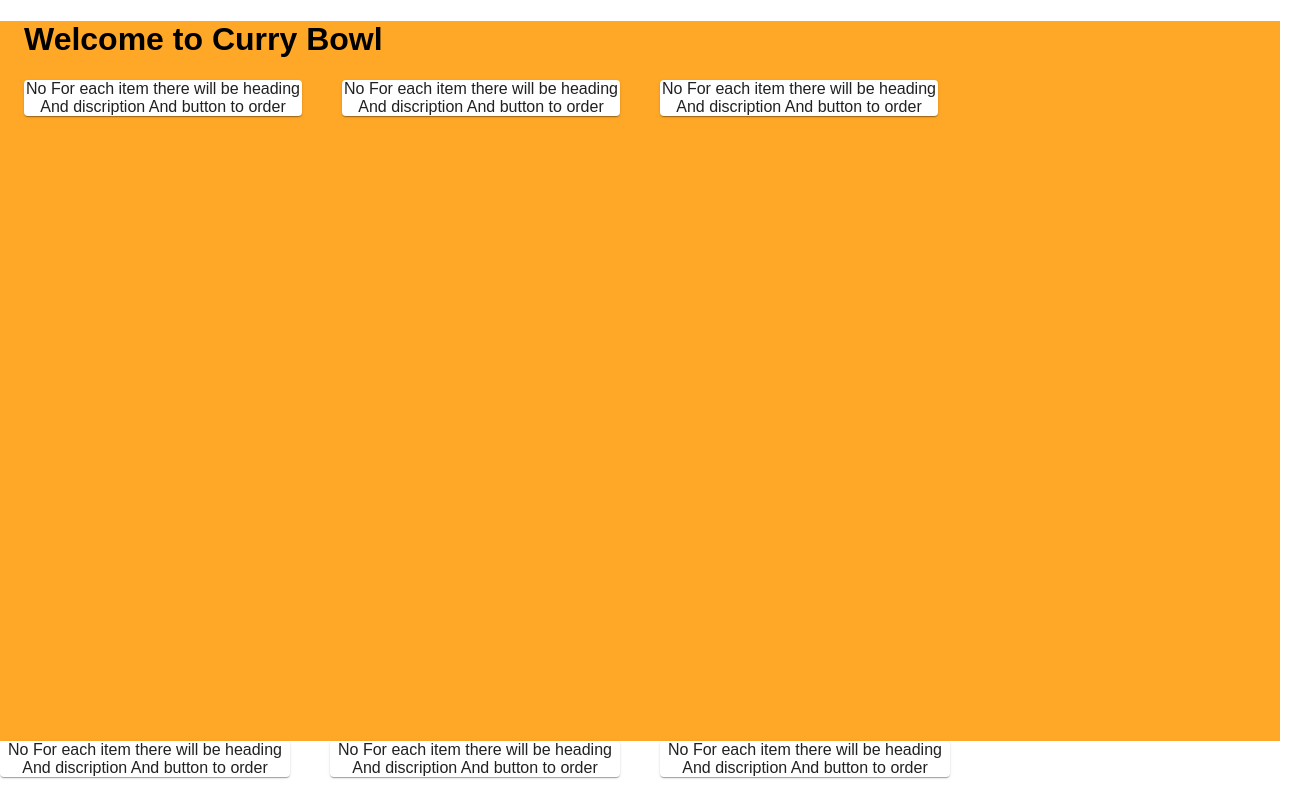
Repository: appikonda/food-order
Page: /
These files come from the project's save history. The page is drawn as it stood at one moment and after the next save; the edit follows.
The browser window is 1280 px wide. The page is 1300 px wide, so the pictures cover 1300 px, including what lies to the right of the window. The pictures show the whole page.
The project was rebuilt for these pictures with package versions that can differ from the ones it lists, and the page was loaded fresh each time. Also part of the build but not shown: webpack.config.js, src/App.css.

Above is the page before, as saved 2019-08-15 17:12:52.

After the next save:
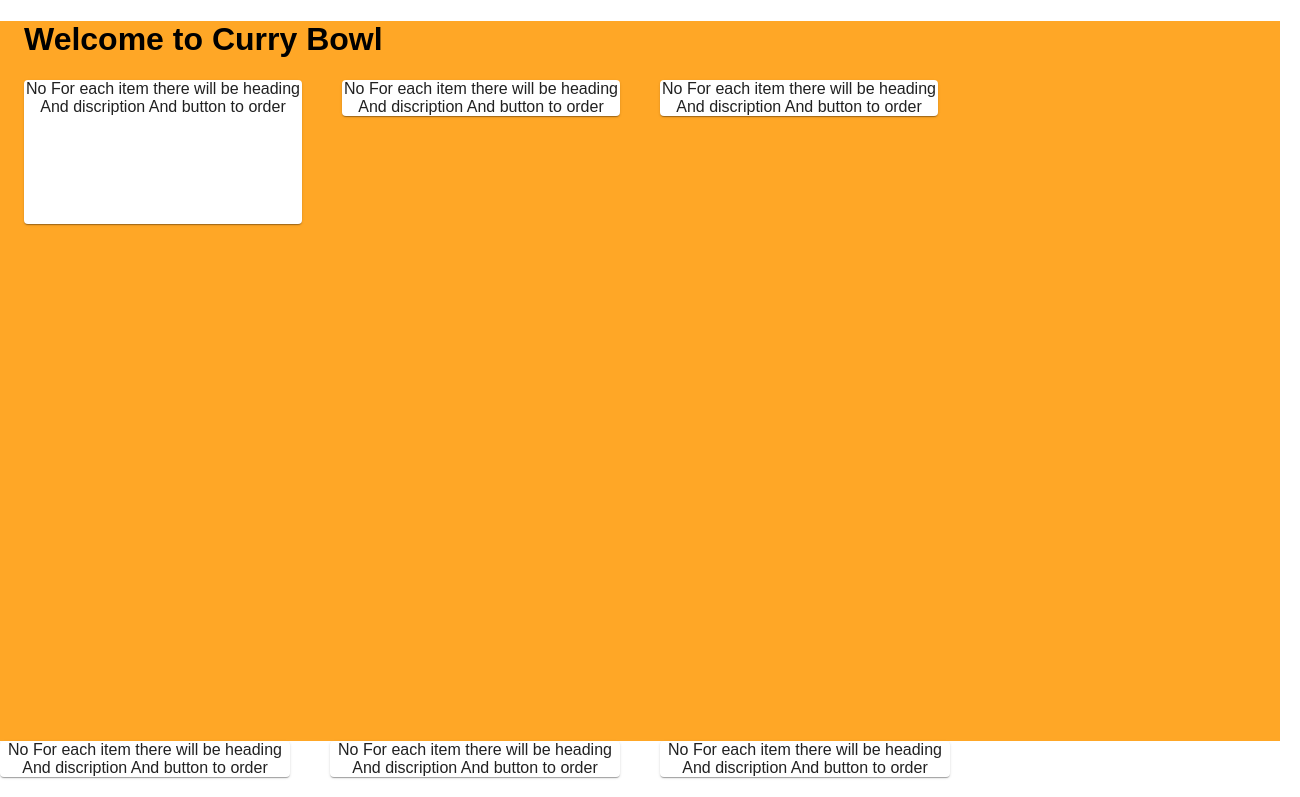
Saved 30 s later.
--- a/src/OrderFood.jsx
+++ b/src/OrderFood.jsx
@@ -26,7 +26,7 @@ class OrderFood extends Component {
       <Grid container spacing={5}>
 
         <Grid item xs={6} sm={3}  >
-          <Paper style={{      textAlign: 'center',      color: '#212121'  }}>No   For each item there will be heading
+          <Paper style={{      textAlign: 'center',      color: '#212121', height: '20vh'  }}>No   For each item there will be heading
   And discription
   And button to order</Paper>
         </Grid>
